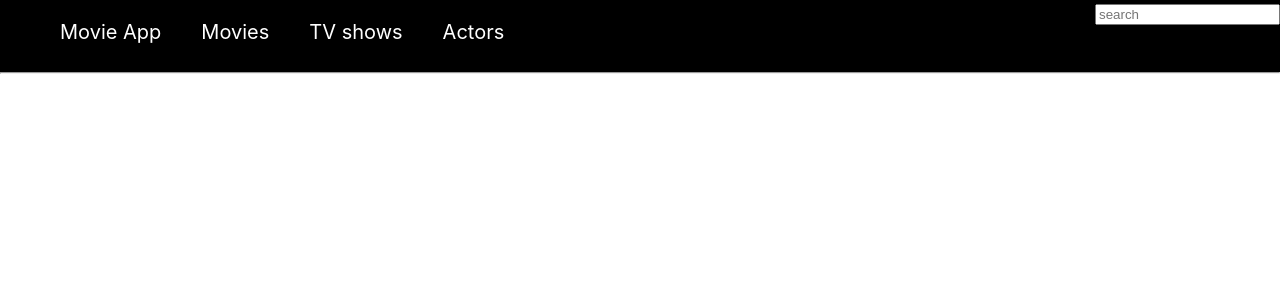
Repository: manahiang/MovieMana
Page: / (app in src/)
The author's editor kept a copy of each file at every save. The page is drawn from the files as they stood at one save, then again after the next save.
The browser window is 1280 px wide. The pictures show the whole page.
The project was rebuilt for these pictures with package versions that can differ from the ones it lists, and the page was loaded fresh each time. Also part of the build but not shown: src/src/App.css.

Above is the page before, as saved 2022-11-14 10:43:28.

### src/src/index.css
body {
  margin: 0;
  font-family: -apple-system, BlinkMacSystemFont, 'Segoe UI', 'Roboto', 'Oxygen',
    'Ubuntu', 'Cantarell', 'Fira Sans', 'Droid Sans', 'Helvetica Neue',
    sans-serif;
  -webkit-font-smoothing: antialiased;
  -moz-osx-font-smoothing: grayscale;
  color: white;
}
.header{
  width: 100%;
  height: 100%;
  background-color: black;;
}
.navbar{
  display: flex;
  justify-content: space-between;
  font-size: 20px;
  text-fo;
}
.menu ul li{
  display: inline;
  align-items: center;
  justify-content: center;
  padding: 20px;
}

### src/src/App.js
//import logo from './logo.svg';
import './App.css';
import  MoiveMana from'./movieMana'

function App() {
  return (
  <MoiveMana/>
  );
}

export default App;

### src/src/movieMana.js
import'./index.css'
function MoiveMana(){
    return(
        <div className="header">
            <div className="navbar">
                <div className="menu">
                    <ul>
                        <li>Movie App</li>
                        <li><a hreft="#">Movies</a></li>
                        <li><a hreft="#">TV shows</a></li>
                        <li><a hreft="#">Actors</a></li>
                    </ul>
                </div>
                <div className="search">
                    <input type="text" placeholder="search"/>
                </div>
            </div>
            <hr/>
        </div>
    )
}
export default MoiveMana;

Loaded but not shown: src/public/index.html (common file); src/src/index.js (common file); src/src/reportWebVitals.js (common file)

After the next save:
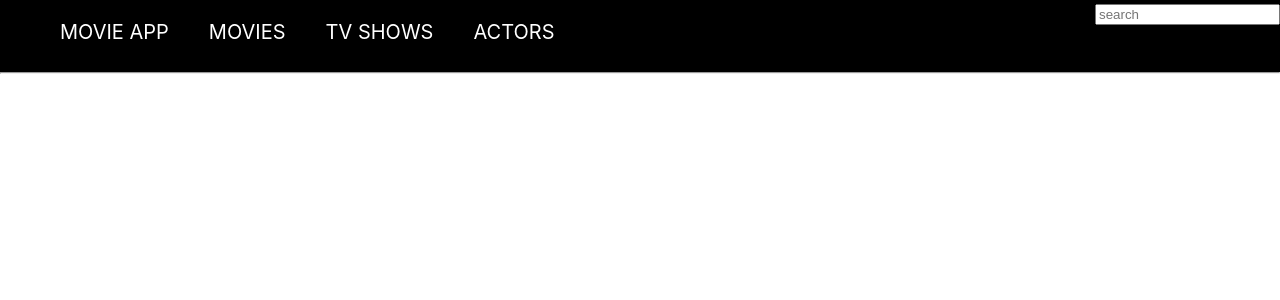
Saved 5 s later.
--- a/src/src/index.css
+++ b/src/src/index.css
@@ -16,7 +16,7 @@ body {
   display: flex;
   justify-content: space-between;
   font-size: 20px;
-  text-fo;
+  text-transform: uppercase;
 }
 .menu ul li{
   display: inline;
